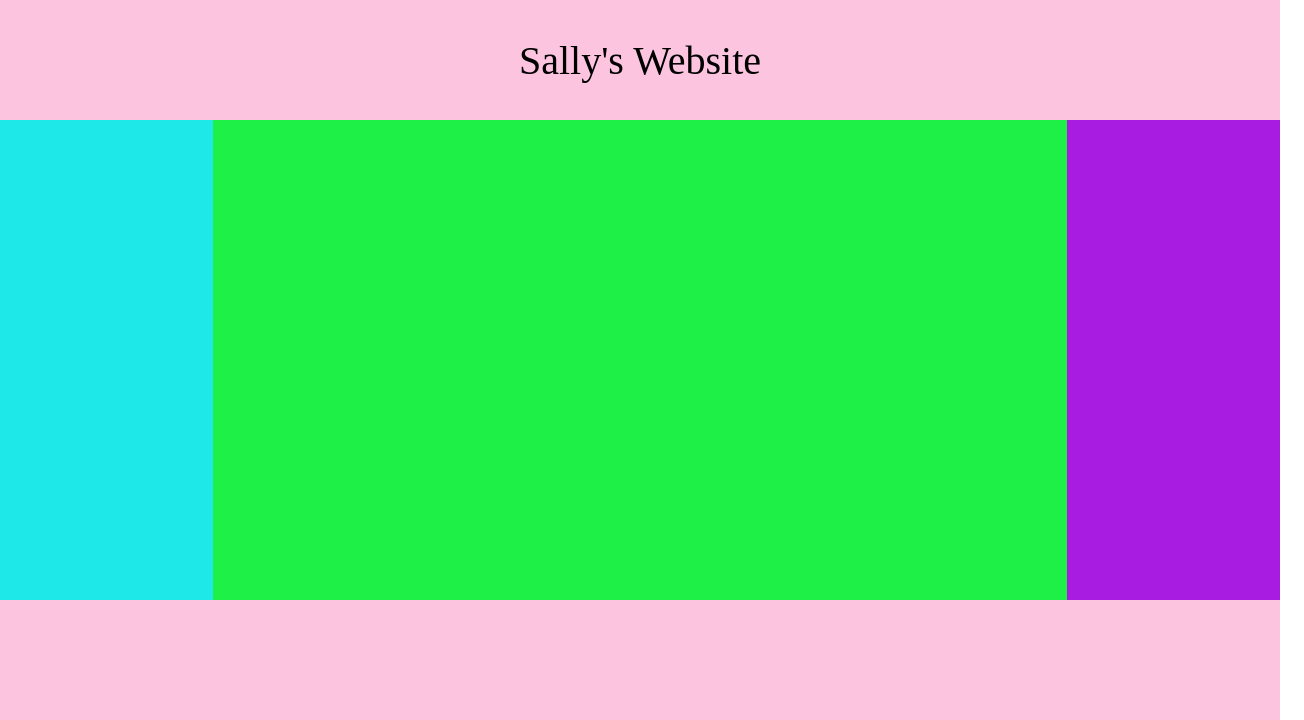
Repository: tianjiewang2022/tianjiewang2022.github.io
Page: index.html
An editor plug-in stored every save of this project. The page is shown before and after the next save, followed by the edit.
The browser window is 1280 px wide. The page is 1280 px wide, then 1304 px, so the pictures cover 1304 px, including what lies to the right of the window. The pictures show the whole page.

Above is the page before, as saved 2023-10-02 23:26:22.

After the next save:
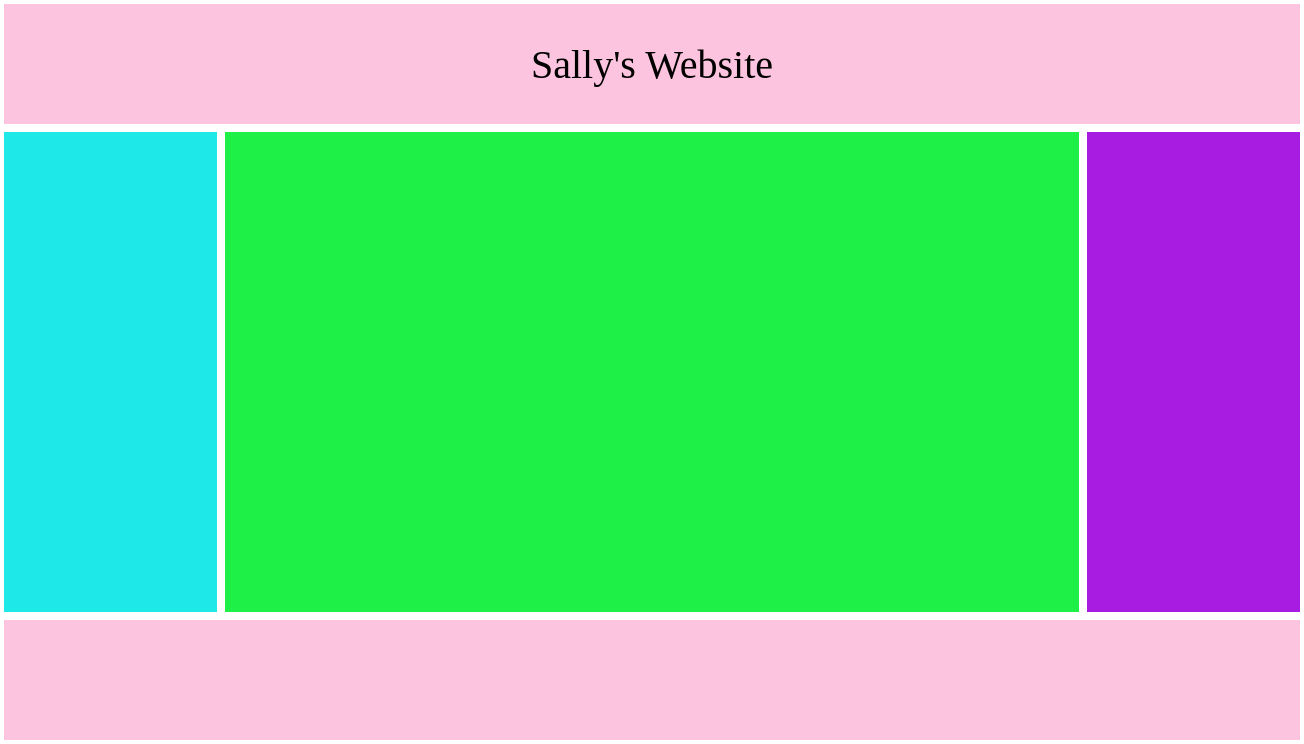
Saved 7 min 23 s later.
--- a/index.html
+++ b/index.html
@@ -27,6 +27,7 @@
                 z-index: 100;
                 height: calc(100vh / 6);
                 /* Set the height of the header */
+                border: 4px solid #fff;
             }
 
             .left_bar {
@@ -38,6 +39,7 @@
                 width: calc(1 * (100vw / 6));
                 /* Set the width of the left bar */
                 /* Position the left bar at the left side */
+                border: 4px solid #fff;
             }
 
             .main_area {
@@ -52,6 +54,7 @@
                 height: calc(4 * (100vh / 6));
                 width: calc(4 * (100vw / 6));
                 align-items: center;
+                border: 4px solid #fff;
             }
 
             .right_bar {
@@ -63,6 +66,7 @@
                 width: calc(1 * (100vw / 6));
                 /* Set the width of the left bar */
                 /* Position the left bar at the left side */
+                border: 4px solid #fff;
             }
 
             footer {
@@ -76,6 +80,7 @@
                 z-index: 100;
                 height: calc(100vh / 6);
                 /* Set the height of the footer */
+                border: 4px solid #fff;
             }
         </style>
     </head>
